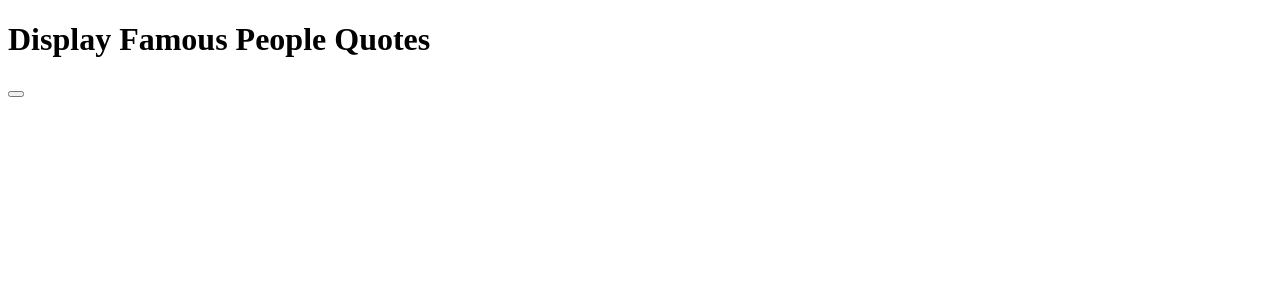
Repository: NiutaR/quotes-dom
Page: index.html
These files come from the project's save history. The page is drawn as it stood at one moment and after the next save; the edit follows.
The browser window is 1280 px wide. The pictures show the whole page.

Above is the page before, as saved 2021-07-20 17:22:04.

After the next save:
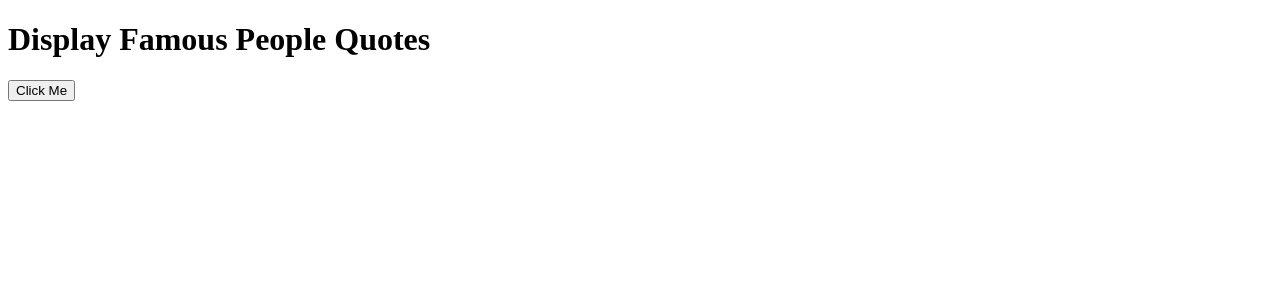
Saved 40 s later.
--- a/index.html
+++ b/index.html
@@ -9,7 +9,7 @@
 <body>
     <div id="container">
         <h1>Display Famous People Quotes</h1>
-        <button id="btnId"></button>
+        <button id="btnId">Click Me</button>
     </div>
 </body>
 </html>
